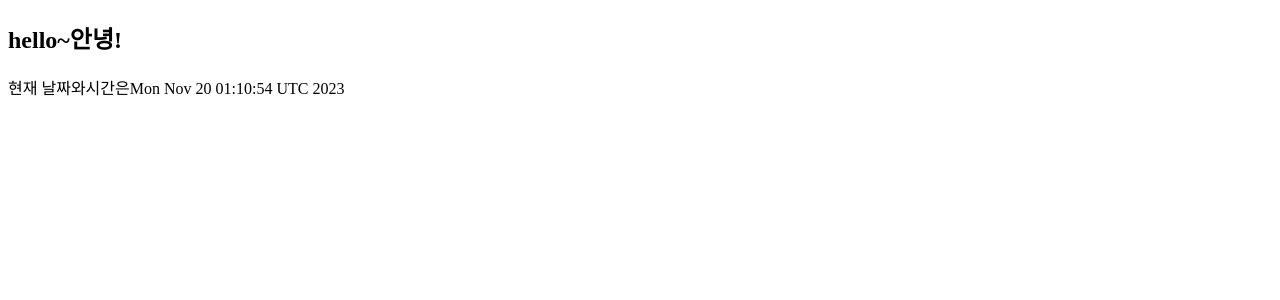
Repository: kukulza1/jspworks
Page: http://localhost/jwbook/hello.jsp
An editor plug-in stored every save of this project. The page is shown before and after the next save, followed by the edit.
The browser window is 1280 px wide. The pictures show the whole page.
The page is served by Tomcat 9.

Above is the page before, as saved 2023-11-20 01:42:13.

After the next save:
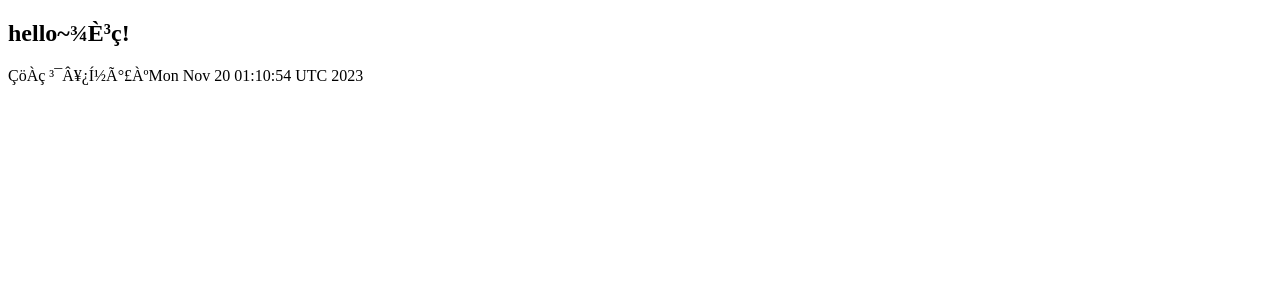
Saved 11 min 16 s later.
--- a/jwbook/src/main/webapp/hello.jsp
+++ b/jwbook/src/main/webapp/hello.jsp
@@ -1,6 +1,6 @@
 <%@page import="java.util.Date"%>
-<%@ page language="java" contentType="text/html; charset=EUC-KR"
-    pageEncoding="EUC-KR"%>
+<%-- <%@ page language="java" contentType="text/html; charset=EUC-KR"
+    pageEncoding="EUC-KR"%> --%>
 <!DOCTYPE html>
 <html>
 <head>
